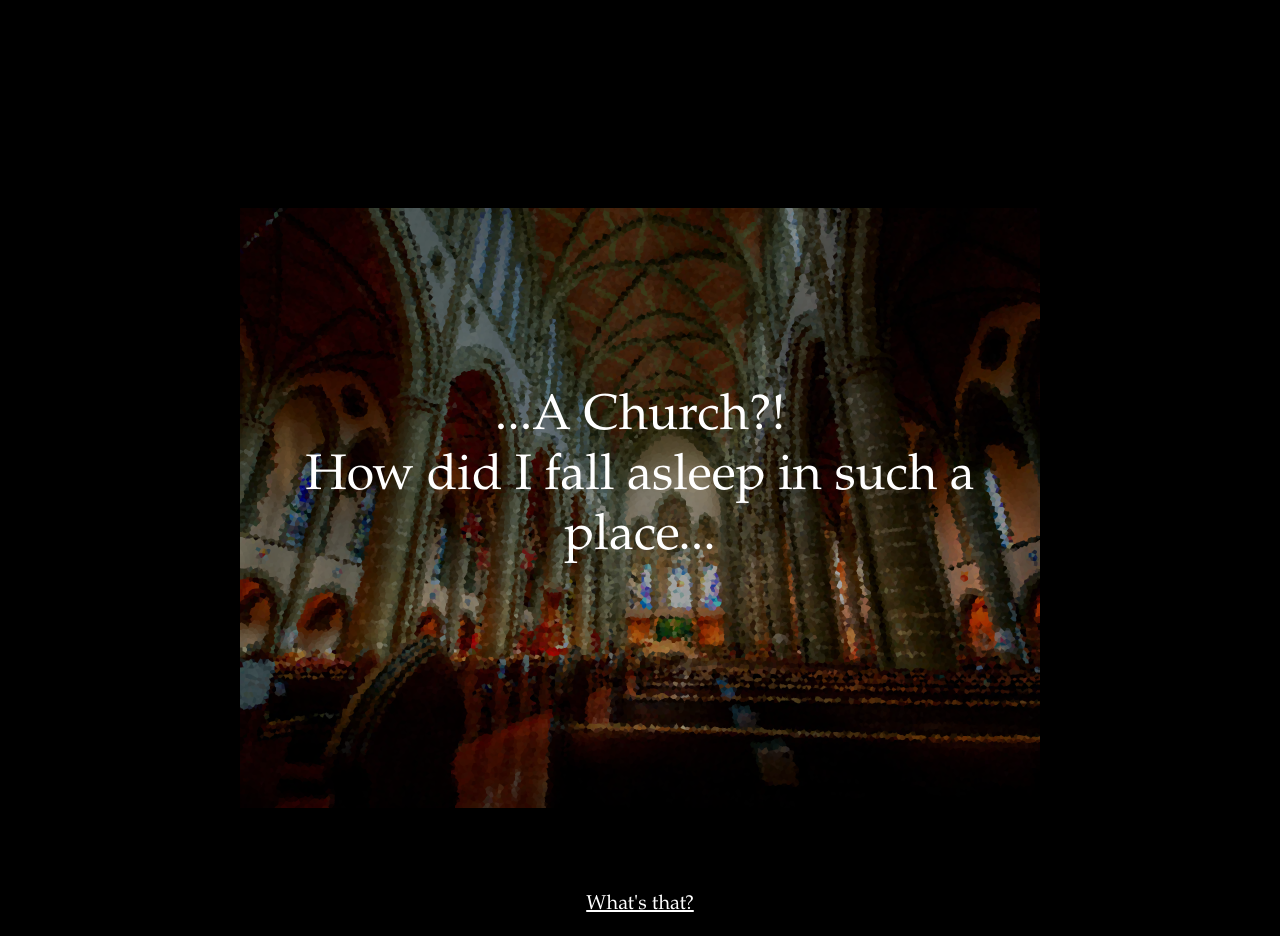
Repository: yiy225/yiy225.github.io
Page: final/page3.html
The author's editor kept a record of every edit. The page is drawn from the files as they stood at one moment, then again after the next edit.
The browser window is 1280 px wide. The pictures show the whole page.

Above is the page before.

After the next edit:
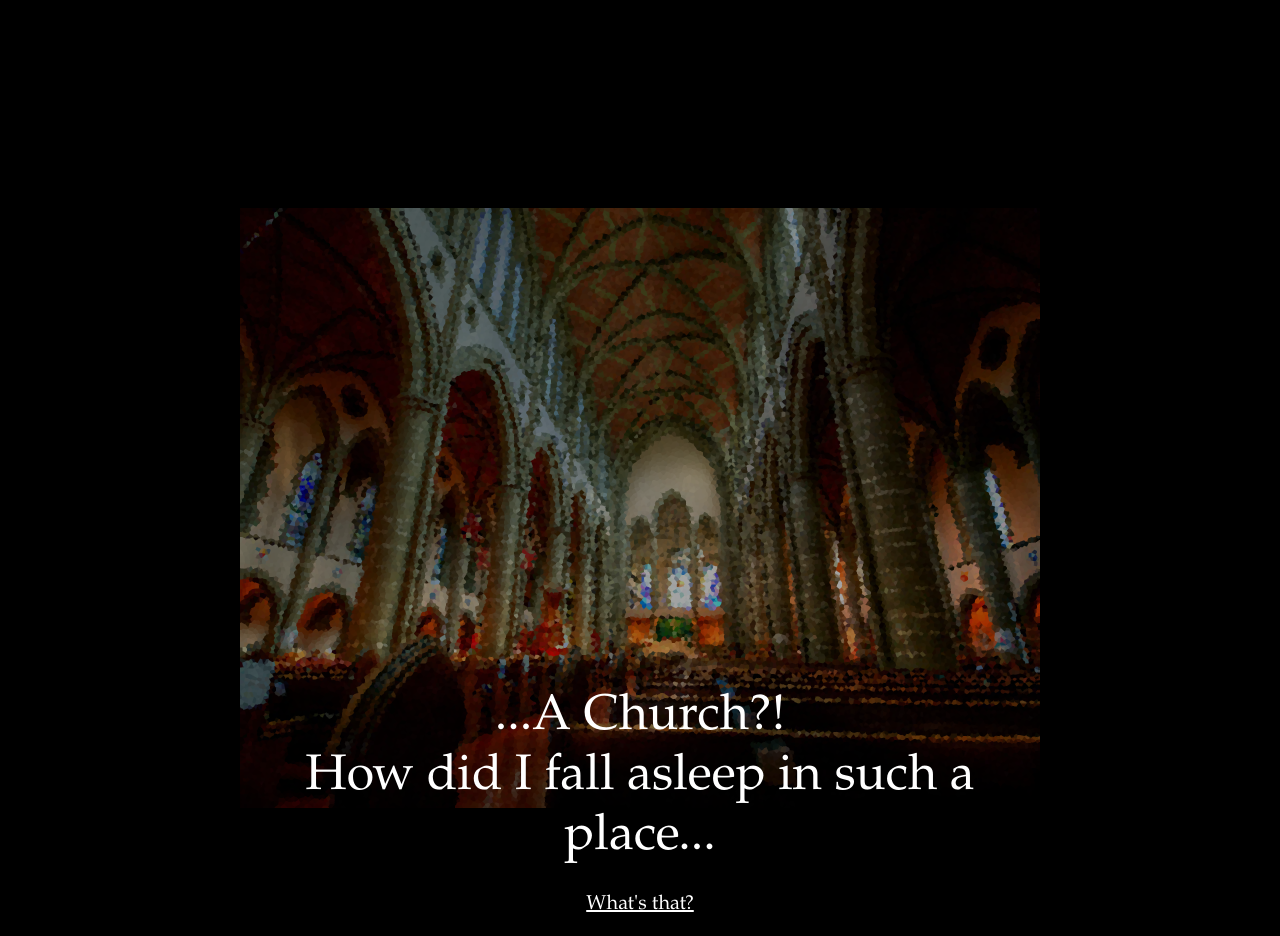
The edit:
--- a/final/page3.html
+++ b/final/page3.html
@@ -11,6 +11,11 @@
          <br>
          <br>
          <br>
+         <br>
+         <br>
+         <br>
+         <br>
+         <br>
          ...A Church?!
          <br>
          How did I fall asleep in such a place...</div>
